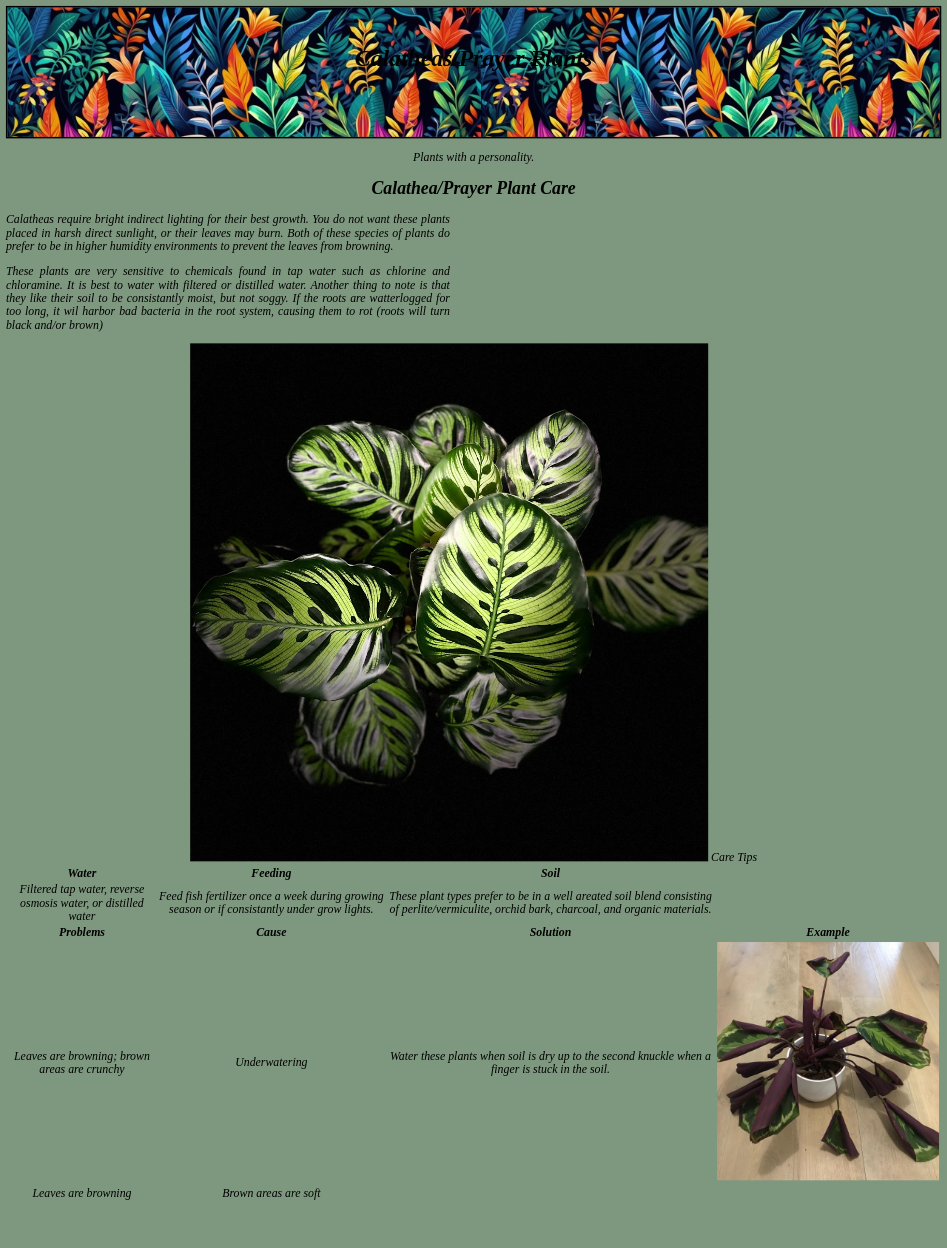
Repository: swillis91/odin-recipies
Page: Planty Page/calatheas.html
An editor plug-in stored every save of this project. The page is shown before and after the next save, followed by the edit.
The browser window is 1280 px wide. The pictures show the whole page, at 74% of full size.

Above is the page before, as saved 2023-08-10 00:31:44.

After the next save:
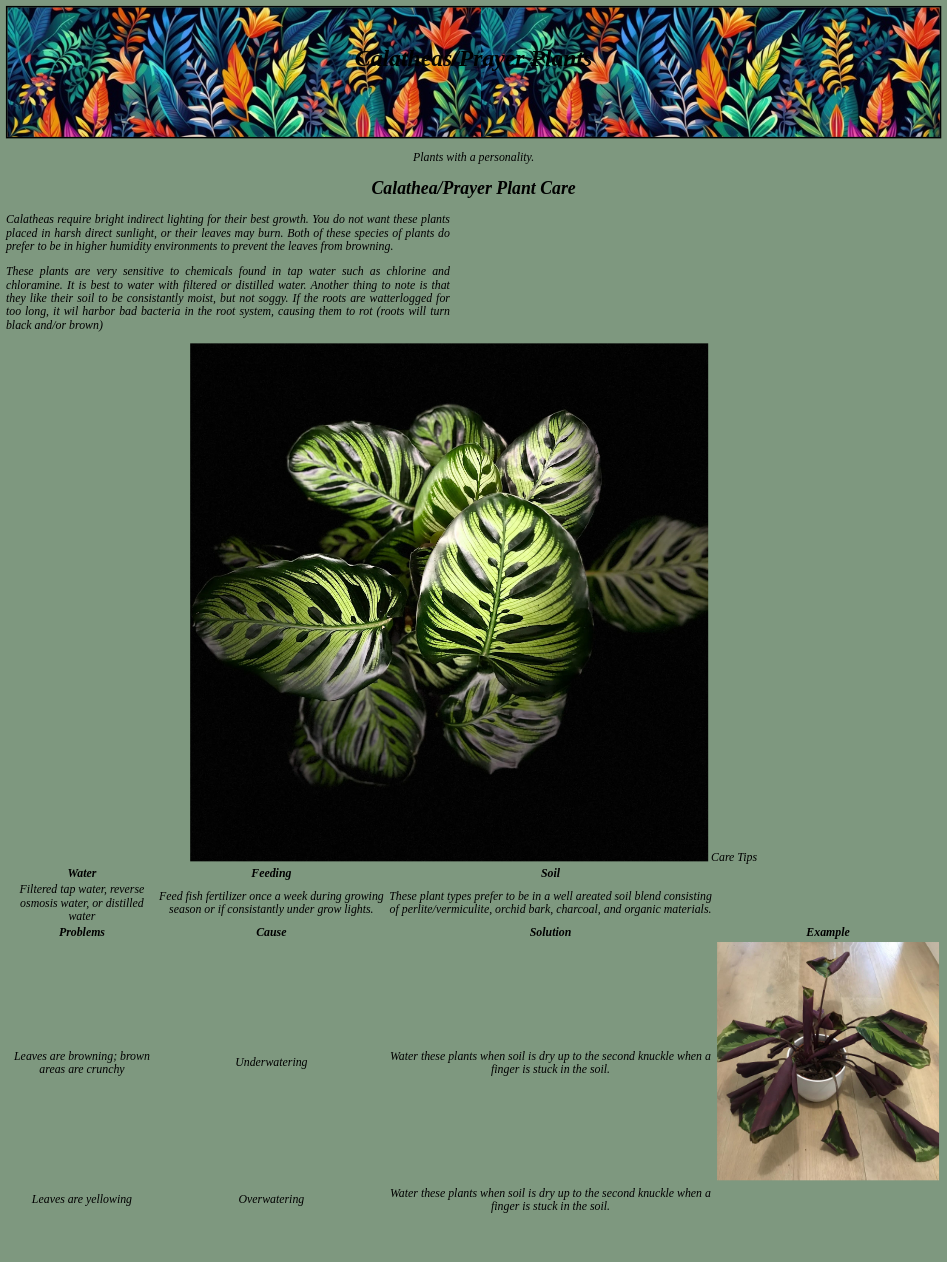
Saved 108 s later.
--- a/Planty Page/calatheas.html
+++ b/Planty Page/calatheas.html
@@ -36,8 +36,9 @@
                     <td><img src='./Images/underwateredcalathea.jpg' width="300px"> </td>
                 </tr>
                 <tr>
-                    <td>Leaves are browning</td>
-                    <td>Brown areas are soft</td>
+                    <td>Leaves are yellowing</td>
+                    <td>Overwatering</td>
+                    <td>Water these plants when soil is dry up to the second knuckle when a finger is stuck in the soil.</td>
                 </tr>
             </table>
         </body>
